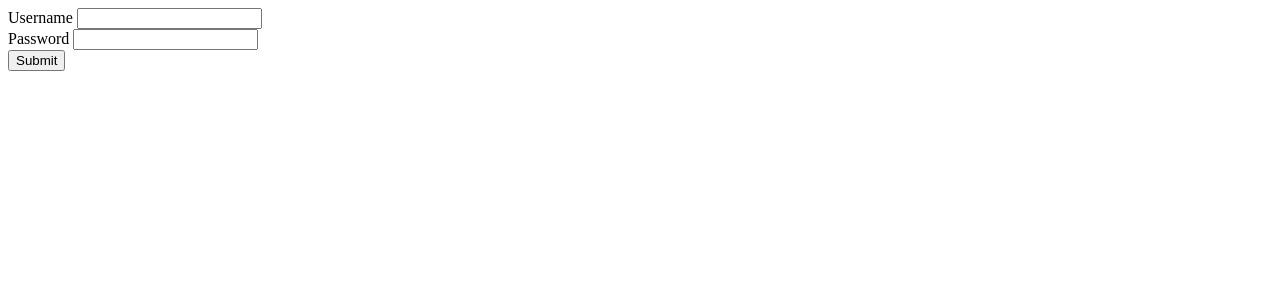
Repository: pratiksanglikar/Mobile-Based-Intelligent-Transport-System
Page: BEProjectJ2EEInterface/Sample1/WebContent/Home.html
These files come from the project's save history. The page is drawn as it stood at one moment and after the next save; the edit follows.
The browser window is 1280 px wide. The pictures show the whole page.

Above is the page before, as saved 2012-12-15 04:42:51.

### BEProjectJ2EEInterface/Sample1/WebContent/Home.html
<!DOCTYPE html PUBLIC "-//W3C//DTD HTML 4.01 Transitional//EN" "http://www.w3.org/TR/html4/loose.dtd">
<html>
<head>
<meta http-equiv="Content-Type" content="text/html; charset=ISO-8859-1">
<title>My first page...</title>
</head>
<body>
<form method="post" action="Servlet1"  >
Username  <input type="text" name="username"/>
<br>
Password <input type="password" name="pwd"/>
<br>
</form><input type="submit">
</body>
</html>

After the next save:
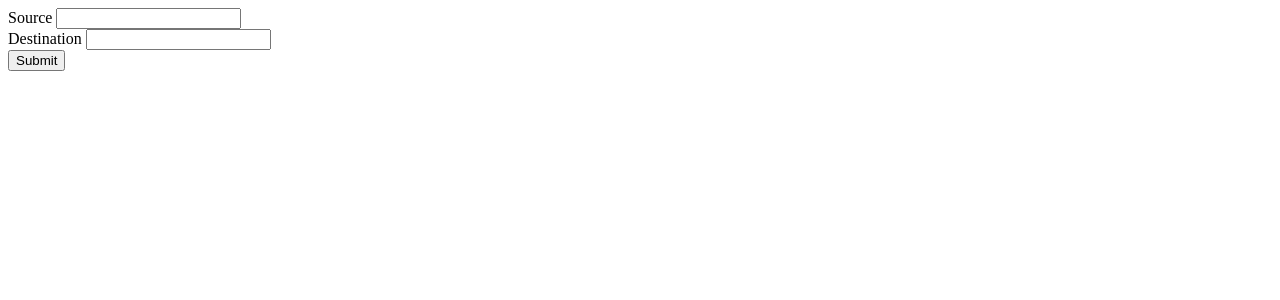
Saved 39 s later.
--- a/BEProjectJ2EEInterface/Sample1/WebContent/Home.html
+++ b/BEProjectJ2EEInterface/Sample1/WebContent/Home.html
@@ -6,9 +6,9 @@
 </head>
 <body>
 <form method="post" action="Servlet1"  >
-Username  <input type="text" name="username"/>
+Source  <input type="text" name="username"/>
 <br>
-Password <input type="password" name="pwd"/>
+Destination <input type="text" name="pwd"/>
 <br>
 </form><input type="submit">
 </body>
